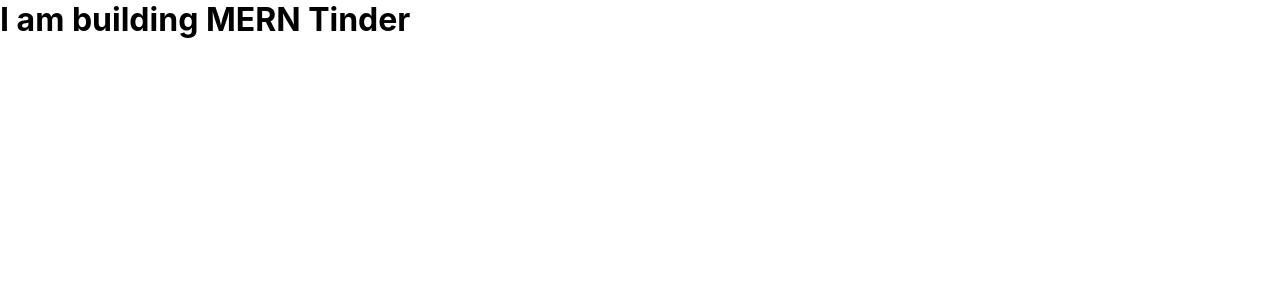
Repository: exiled-kal/TinderApp
Page: /
The author's editor kept a copy of each file at every save. The page is drawn from the files as they stood at one save, then again after the next save.
The browser window is 1280 px wide. The pictures show the whole page.
The project was rebuilt for these pictures with package versions that can differ from the ones it lists, and the page was loaded fresh each time. Also part of the build but not shown: src/App.css.

Above is the page before, as saved 2020-09-14 22:25:22.

After the next save:
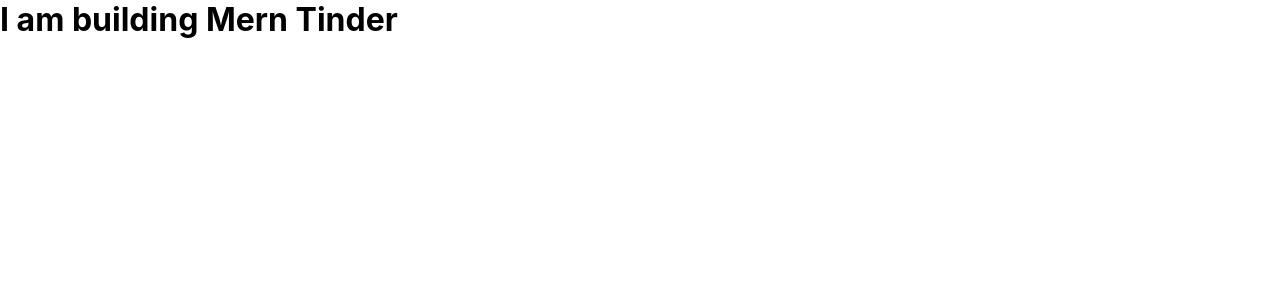
Saved 9 s later.
--- a/src/App.js
+++ b/src/App.js
@@ -4,7 +4,7 @@
 function App() {
   return (
     <div className="app">
-      <h1>I am building MERN Tinder</h1>{' '}
+      <h1>I am building Mern Tinder</h1>{' '}
     </div>
   );
 }

After the 2 saves that followed:
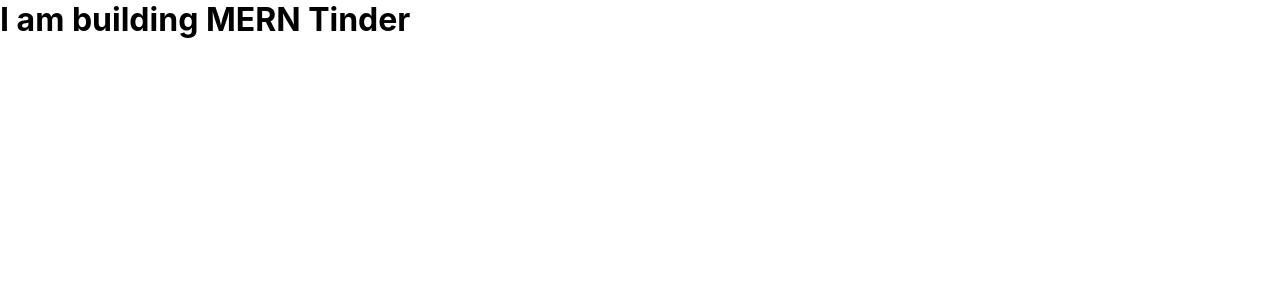
The 2 saves are shown as one change because they came seconds apart.
The last was saved 9 s later.
--- a/src/App.js
+++ b/src/App.js
@@ -4,7 +4,8 @@
 function App() {
   return (
     <div className="app">
-      <h1>I am building Mern Tinder</h1>{' '}
+      <h1>I am building MERN Tinder</h1>{' '}
+
     </div>
   );
 }
